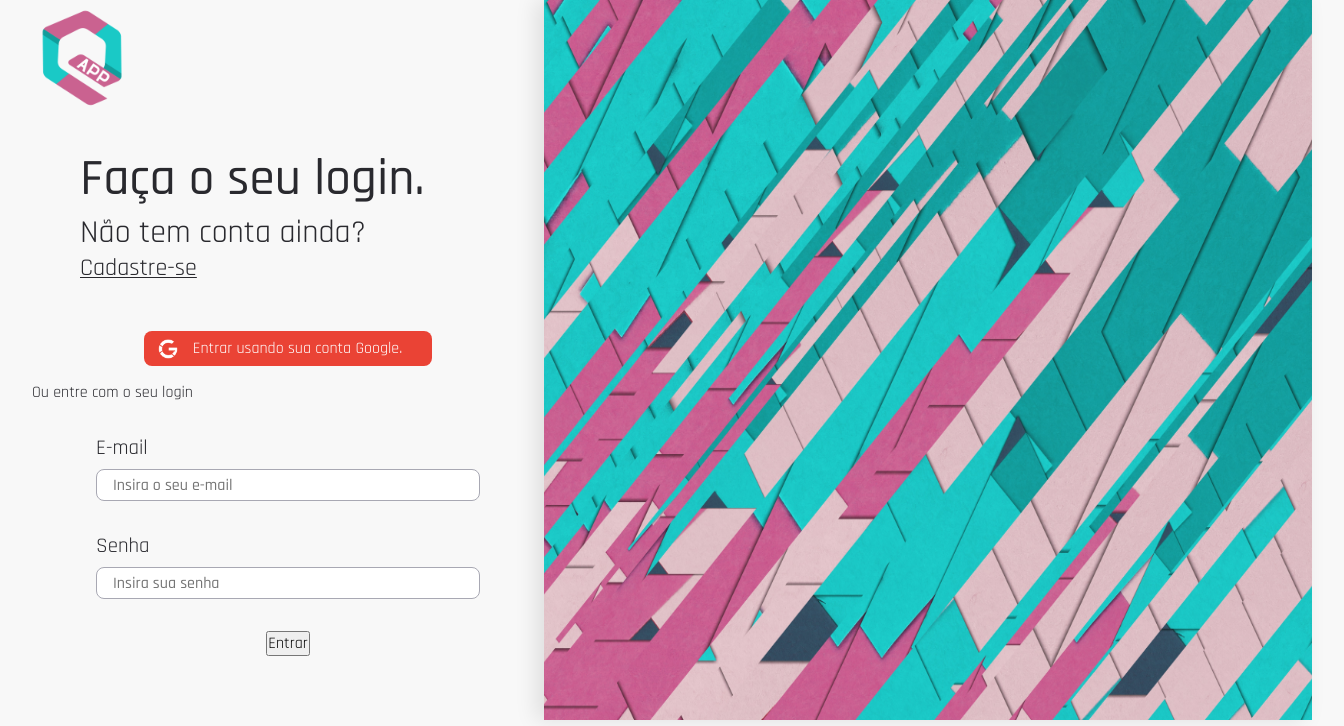
Repository: kika-cavalher/qapp-web
Page: /
The author's editor kept a copy of each file at every save. The page is drawn from the files as they stood at one save, then again after a run of saves.
The browser window is 1280 px wide. The page is 1344 px wide, so the pictures cover 1344 px, including what lies to the right of the window. The pictures show the whole page.
The page's requests for data from a server got no answer. The project was rebuilt for these pictures with package versions that can differ from the ones it lists, and the page was loaded fresh each time. No one was signed in, and anything a server would have sent is missing.

Above is the page before, as saved 2022-02-23 20:27:31.

### public/index.html
<!DOCTYPE html>
<html lang="en">
  <head>
    <meta charset="utf-8" />
    <meta name="viewport" content="width=device-width, initial-scale=1" />

    <link rel="preconnect" href="https://fonts.googleapis.com">
    <link rel="preconnect" href="https://fonts.gstatic.com" crossorigin>
    <link href="https://fonts.googleapis.com/css2?family=Rajdhani:wght@300;400;500;600;700&display=swap" rel="stylesheet">

    <title>QApp</title>
  </head>
  <body>
    <noscript>You need to enable JavaScript to run this app.</noscript>
    <div id="root"></div>
  </body>
</html>

### src/index.tsx
import React from 'react';
import ReactDOM from 'react-dom';
import App from './App';

import './styles/global/defaultStyles.scss';
import './services/firebase'


ReactDOM.render(
  <React.StrictMode>
    <App />
  </React.StrictMode>,
  document.getElementById('root')
);

### src/App.tsx
import { LoginPage } from "./pages/Login";

function App() {
  return (
   <LoginPage />
  );
}

export default App;

### src/styles/global/defaultStyles.scss
* {
    margin: 0;
    padding: 0;
    box-sizing: border-box;
  }

  body {
    background: #f8f8f8;
    color: #29292e;
  }

  body, input, button, textarea {
    font: 400 16px 'Rajdhani', sans-serif;
  }

### src/services/firebase.ts
import { initializeApp } from "firebase/app";
import { getAuth } from "firebase/auth";
import { getFirestore } from 'firebase/firestore/lite';


const firebaseConfig = {
    apiKey: process.env.REACT_APP_API_KEY,
    authDomain: process.env.REACT_APP_AUTH_DOMAIN,
    databaseURL: process.env.REACT_APP_DATABASE_URL,
    projectId: process.env.REACT_APP_PROJECT_ID,
    storageBucket: process.env.REACT_APP_STORAGE_BUCKET,
    messagingSenderId: process.env.REACT_APP_MESSAGING_SENDER_ID,
    appId: process.env.REACT_APP_APP_ID
  };

const app = initializeApp(firebaseConfig);

export const auth = getAuth();
export const db = getFirestore(app);

### src/pages/Login.tsx
// import { Link } from 'react-router-dom'

import imgLogin from '../assets/images/imgLogin.jpg';
import logoQapp from '../assets/images/logoQapp.png';
import googleIconImg from '../assets/icon/googleIconImg.png';

import '../styles/pages/login.scss'

export function LoginPage() {
    return (
        <div id="page-login">
            <main>
                <div className='page-login--main__container'>
                    <div className='page-login--main__logo'>
                        <img id="img-logo" src={logoQapp} alt="Logo da empresa QApp" />
                    </div>
                    <div className='page-login--main__title'>
                        <h1>Faça o seu login.</h1>
                        <h2>Não tem conta ainda? </h2>
                        <p className='page-login--main__link-register'>
                        Cadastre-se
                        </p>
                        {/* <Link to="/">Cadastre-se</Link> */}
                    </div>
                    <div className='page-login--main__google'>
                        <button className='btn__google'>
                            <img id="img-icon__google" src={googleIconImg} alt="Logo da empresa QApp" />
                            <p>Entrar usando sua conta Google.</p>
                        </button>
                    </div>
                    <div className='page-login--main__divider'>
                        <div>Ou entre com o seu login</div>
                    </div>
                    <div className='page-login--main__login-forms'>
                        <form>
                            <div className='page-login--login-forms__name'>
                                <p>E-mail</p>
                                <input type="text" placeholder="Insira o seu e-mail"/>
                            </div>
                            <div className='page-login--login-forms__password'>
                                <p>Senha</p>
                                <input type="text" placeholder="Insira sua senha"/>
                            </div>
                            <div className='btn__send'>
                                <button type="submit">Entrar</button>
                            </div>
                        </form>
                    </div>
                </div>

                <div className='page-login--main__img'>
                    <img src={imgLogin} alt="Imagem decorativa na pagina" />
                </div>
            </main>
        </div>
    )
}

### src/styles/pages/login.scss
#page-login {
    display: flex;
    height: 100vh;
    background: #f8f8f8;
}

main{
    display: flex;
    flex-direction: row;
    padding: 0 32px;
}

.page-login--main__container {
    width: 40vw;
    display: flex;
    flex-direction: column;
}

.page-login--main__logo {

    #img-logo {
    width: 100px;
    margin-top: 0.5rem;
    }
}

.page-login--main__title {
    display: flex;
    flex-direction: column;
    margin: 2rem 3rem;

    h1 {
        font-size: 3.2rem;
        font-weight: 500;
    }

    h2 {
        font-size: 2rem;
        font-weight: 400;
    }

    .page-login--main__link-register {
        font-size: 1.5rem;
        font-weight: 400;
        text-decoration: underline 1px;
        text-underline-position: from-font;
        }
}

.page-login--main__google {
    display: flex;
    margin: 1rem 0;
    align-self: center;
    width: 18rem;

    .btn__google {
        display: flex;
        flex-direction: row;
        width: 100%;
        height: 35px;
        align-items: center;
        background: #ea4335;
        color: #FFF;
        border-radius: 8px;
        cursor: pointer;
        border: 0;
        transition: filter 0.2s;

        #img-icon__google {
            width: 20px;
            margin: 0 5%;
        }
    }
}

    // .page-login--main__divider {

    // }

.page-login--main__login-forms {
    width: 100%;
    display: flex;
    justify-content: center;

    form {
        display: flex;
        flex-direction: column;
        align-items: center;
        margin: 2rem 0;
        width: 75%;
    }
}

.page-login--login-forms__name{
    width: 100%;

    p {
        font-size: 1.3rem
    }

    input {
        width: 100%;
        height: 2rem;
        border-radius: 8px;
        padding: 0 16px;
        background: #FFF;
        border: 1px solid #a8a8b3;
        margin: 0.5rem 0;
        color: #515158;
        font-weight: 500;
        outline: none;

        &:hover {
            border: 2px solid #11a09e;
        }

        &:focus-visible {
            border: 2px solid #11a09e;
        }
    }
}

.page-login--login-forms__password{
    margin: 1.5rem 0;
    width: 100%;

    p {
        font-size: 1.3rem
    }

    input {
        width: 100%;
        height: 2rem;
        border-radius: 8px;
        padding: 0 16px;
        background: #FFF;
        border: 1px solid #a8a8b3;
        margin: 0.5rem 0;
        color: #515158;
        font-weight: 500;
        outline: none;

        &:hover {
            border: 2px solid #11a09e;
        }

        &:focus-visible {
            border: 2px solid #11a09e;
        }
    }
}


.page-login--main__img {

    img {
    height: 100vh;
    width: 60vw;
    box-shadow: -8px 0px 20px rgba(0, 0, 0, 0.1);
    }
}

After the next 2 saves:
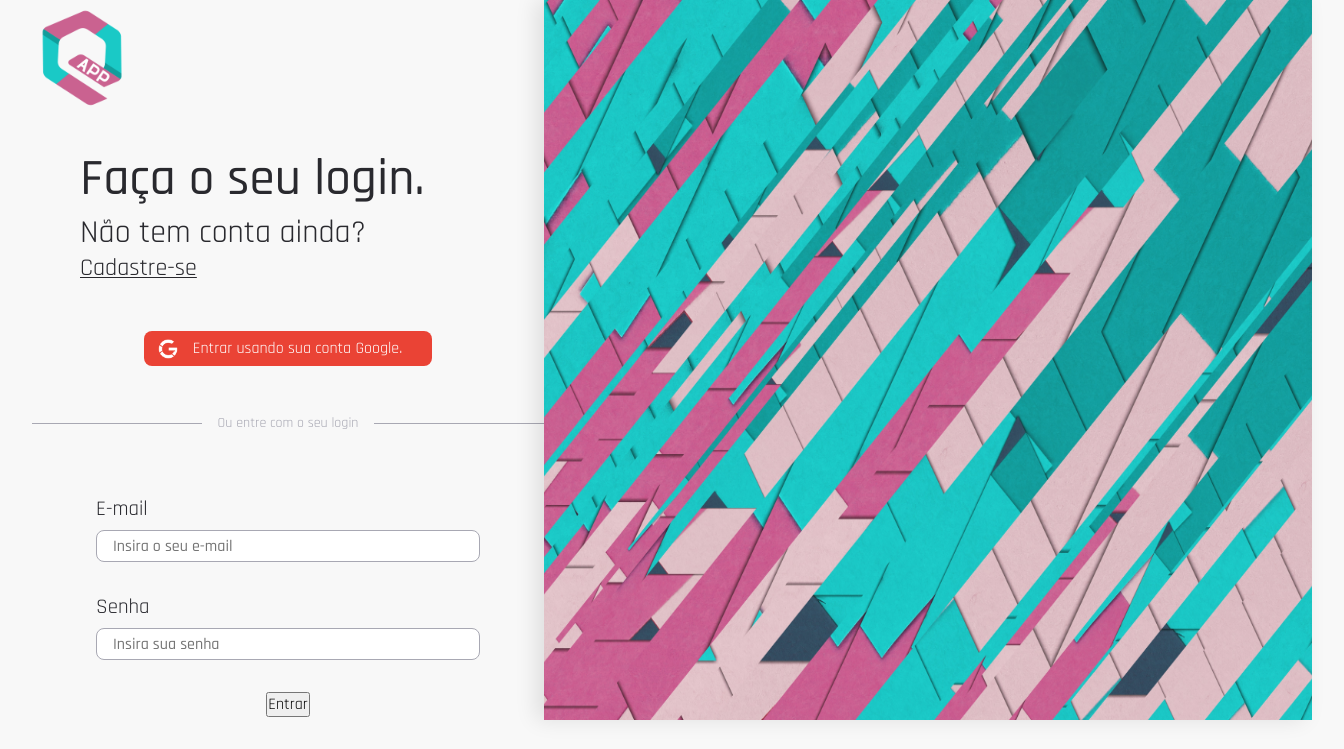
The 2 saves are shown as one change because 1 did not build or start.
The last was saved 67 s later.
--- a/src/styles/pages/login.scss
+++ b/src/styles/pages/login.scss
@@ -73,9 +73,30 @@ main{
     }
 }
 
-    // .page-login--main__divider {
+.page-login--main__divider {
+    font-size: 14px;
+    color: #a8a8b3;
 
-    // }
+    margin: 32px 0;
+    display: flex;
+    align-items: center;
+
+    &::before {
+      content: '';
+      flex: 1;
+      height: 1px;
+      background: #a8a8b3;
+      margin-right: 16px;
+    }
+
+    &::after {
+      content: '';
+      flex: 1;
+      height: 1px;
+      background: #a8a8b3;
+      margin-left: 16px;
+    }
+}
 
 .page-login--main__login-forms {
     width: 100%;
